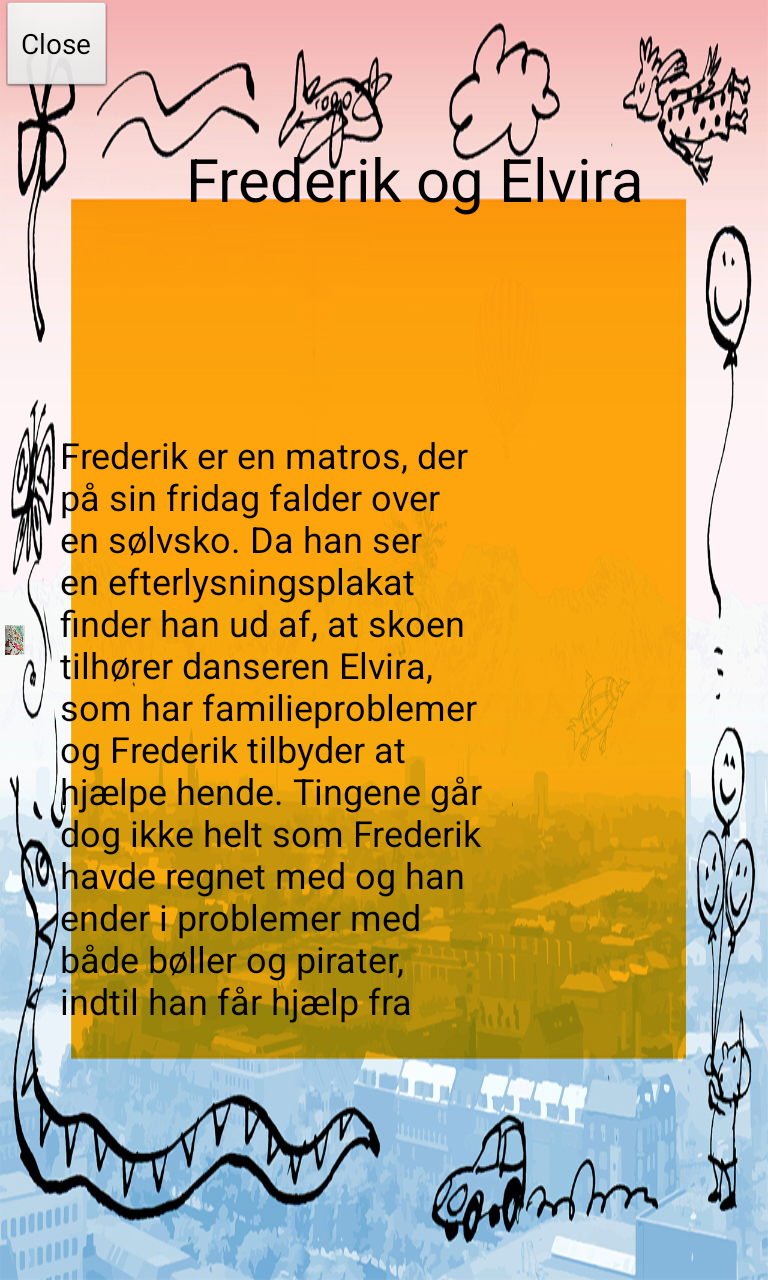
Repository: DreadMuffin/work
Layout: tablets/MovieListHis/res/layout/popup6.xml
These files come from the project's save history. The layout is drawn as it stood at one moment and after the next save; the edit follows.
It is drawn on a 768 x 1280 px phone screen (xhdpi) without system bars, with theme android:Theme.NoTitleBar; the app's code is not run.

Above is the layout before, as saved 2015-02-26 09:07:03.

### tablets/MovieListHis/res/layout/popup6.xml
<RelativeLayout xmlns:android="http://schemas.android.com/apk/res/android"
    xmlns:tools="http://schemas.android.com/tools"
    android:id="@+id/popup_element1"
    android:layout_width="match_parent"
    android:layout_height="match_parent"
    android:background="@drawable/popupwp"
    tools:context=".Historie" >

    <Button
        android:id="@+id/btn_close_popup"
        android:layout_width="wrap_content"
        android:layout_height="wrap_content"
        android:layout_gravity="center"
        android:text="Close" />

    <TextView
        android:id="@+id/textView1"
        android:layout_width="500dp"
        android:layout_height="75dp"
        android:layout_above="@+id/txt"
        android:layout_alignLeft="@+id/txt"
        android:layout_marginBottom="88dp"
        android:gravity="center"
        android:text="Frederik og Elvira"
        android:textColor="#000000"
        android:textSize="30sp" />

    <TextView
        android:id="@+id/txt"
        android:layout_width="500dp"
        android:layout_height="300dp"
        android:layout_alignParentBottom="true"
        android:layout_alignParentRight="true"
        android:layout_marginBottom="125dp"
        android:layout_marginLeft="30dp"
        android:layout_marginRight="143dp"
        android:text="Frederik er en matros, der på sin fridag falder over en sølvsko. Da han ser en efterlysningsplakat finder han ud af, at skoen tilhører danseren Elvira, som har familieproblemer og Frederik tilbyder at hjælpe hende. Tingene går dog ikke helt som Frederik havde regnet med og han ender i problemer med både bøller og pirater, indtil han får hjælp fra en ganske uventet kant.
Historien om Frederik og Elvira er en fortælling om venskab, mod, kærlighed, pirater og eventyr og tager dig med ind i en verden ikke så langt fra vores egen."
        android:textColor="#000000"
        android:textSize="18sp" />

    <ImageView
        android:layout_width="505dp"
        android:layout_height="505dp"
        android:layout_centerVertical="true"
        android:layout_marginRight="15dp"
        android:layout_toLeftOf="@+id/textView1"
        android:rotation="90"
        android:src="@drawable/a1" />

</RelativeLayout>

After the next save:
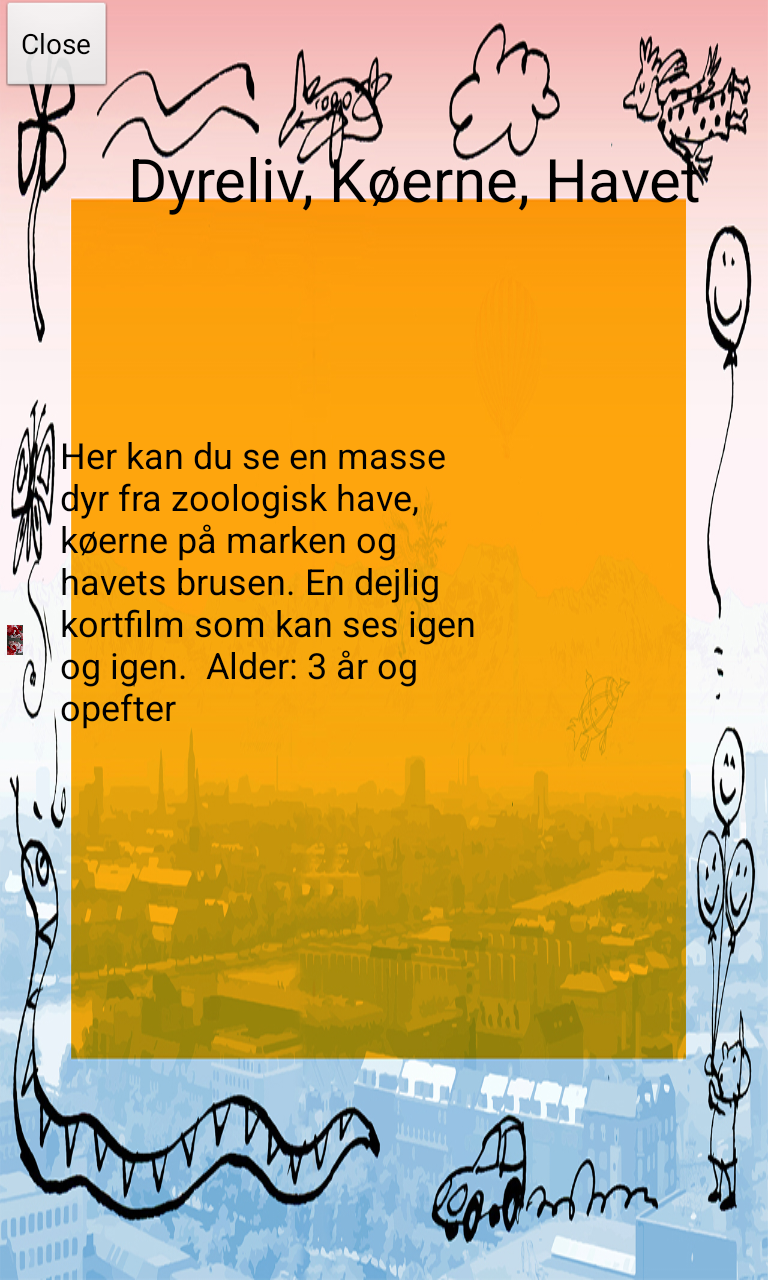
Saved 39 s later.
--- a/tablets/MovieListHis/res/layout/popup6.xml
+++ b/tablets/MovieListHis/res/layout/popup6.xml
@@ -21,7 +21,7 @@
         android:layout_alignLeft="@+id/txt"
         android:layout_marginBottom="88dp"
         android:gravity="center"
-        android:text="Frederik og Elvira"
+        android:text="Dyreliv, Køerne, Havet"
         android:textColor="#000000"
         android:textSize="30sp" />
 
@@ -34,8 +34,8 @@
         android:layout_marginBottom="125dp"
         android:layout_marginLeft="30dp"
         android:layout_marginRight="143dp"
-        android:text="Frederik er en matros, der på sin fridag falder over en sølvsko. Da han ser en efterlysningsplakat finder han ud af, at skoen tilhører danseren Elvira, som har familieproblemer og Frederik tilbyder at hjælpe hende. Tingene går dog ikke helt som Frederik havde regnet med og han ender i problemer med både bøller og pirater, indtil han får hjælp fra en ganske uventet kant.
-Historien om Frederik og Elvira er en fortælling om venskab, mod, kærlighed, pirater og eventyr og tager dig med ind i en verden ikke så langt fra vores egen."
+        android:text="Her kan du se en masse dyr fra zoologisk have, køerne på marken og havets brusen. En dejlig kortfilm som kan ses igen og igen.
+Alder: 3 år og opefter"
         android:textColor="#000000"
         android:textSize="18sp" />
 
@@ -46,6 +46,6 @@
         android:layout_marginRight="15dp"
         android:layout_toLeftOf="@+id/textView1"
         android:rotation="90"
-        android:src="@drawable/a1" />
+        android:src="@drawable/a6" />
 
 </RelativeLayout>
